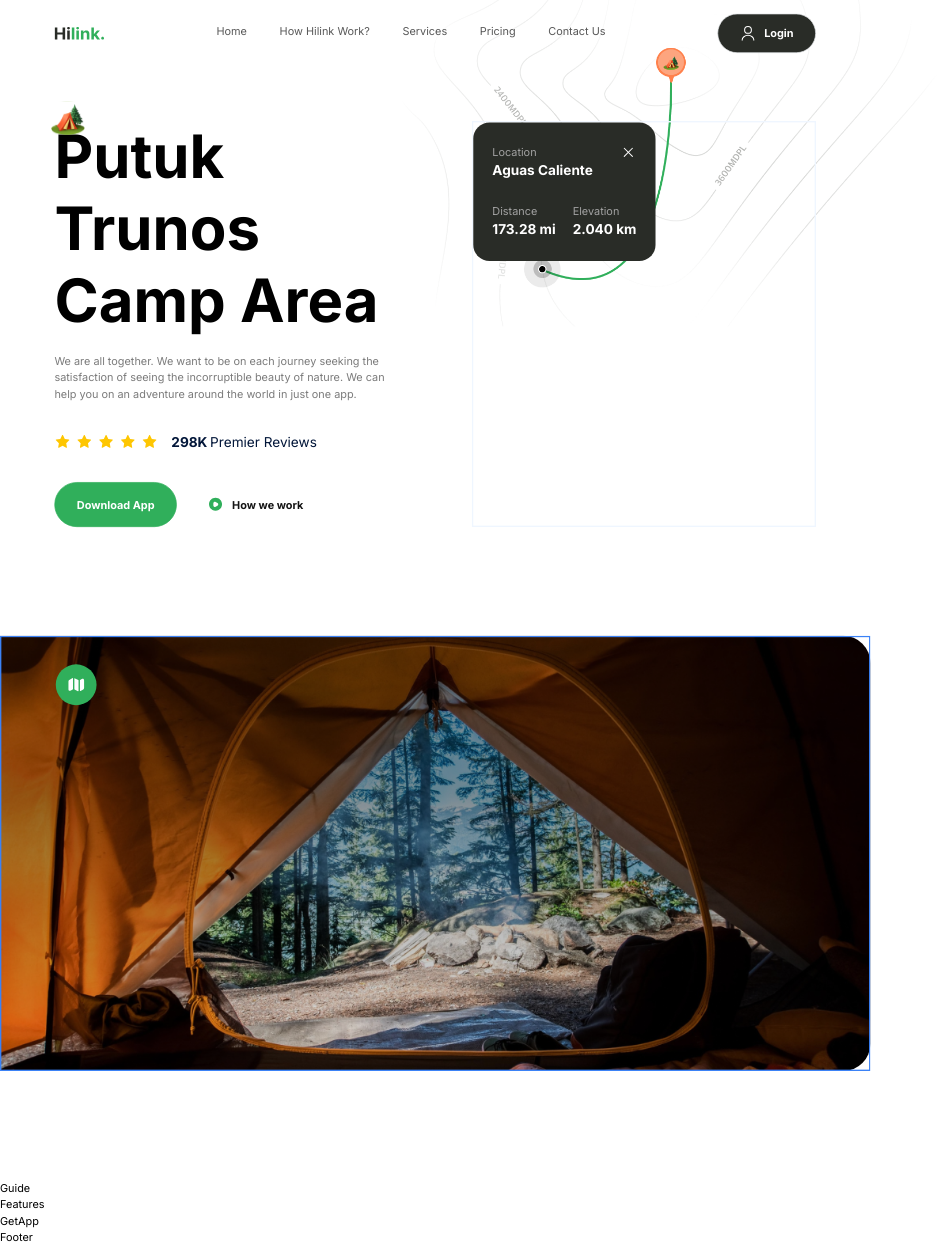
Repository: SouthpawC0der/Modern-reactsite
Page: /
These files come from the project's save history. The page is drawn as it stood at one moment and after the next save; the edit follows.
The browser window is 1280 px wide. The page is 1392 px wide, so the pictures cover 1392 px, including what lies to the right of the window. The pictures show the whole page, at 68% of full size.
The project was rebuilt for these pictures with package versions that can differ from the ones it lists, and the page was loaded fresh each time. The framework's server and built-in components were replaced by stand-ins that run in the browser. Also part of the build but not shown: next.config.ts.

Above is the page before, as saved 2025-02-06 11:36:49.

After the next save:
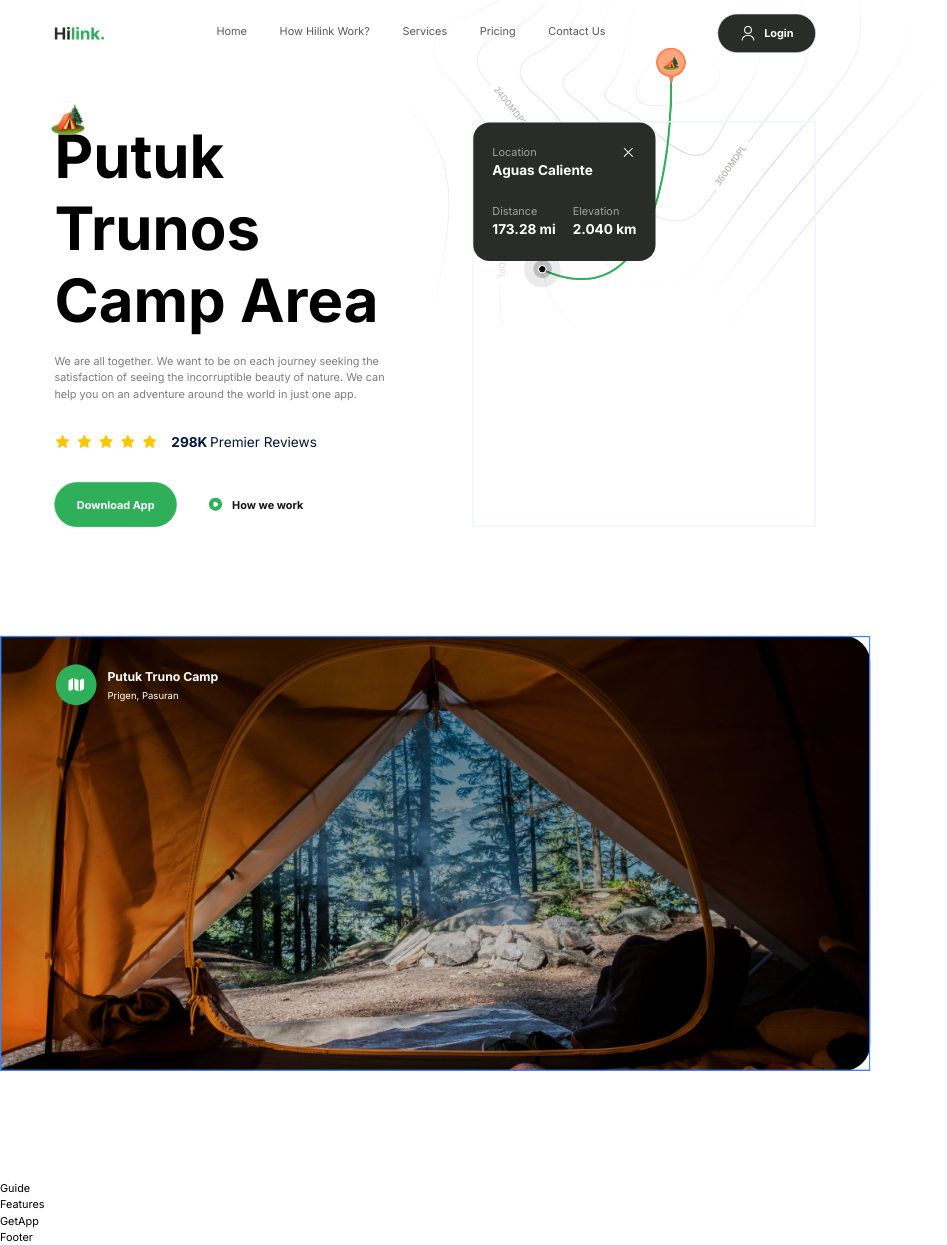
Saved 33 min 35 s later.
--- a/components/Camp.tsx
+++ b/components/Camp.tsx
@@ -25,6 +25,10 @@ const CampSite = ({backgroundImage, title, subtitle, peopleJoined}: CampProps) =
                 height={28}
               />
            </div>
+           <div className='flex flex-col gap-1'>
+              <h4 className='bold-18 text-white'>{title}</h4>
+              <p className='regular-14 text-white'>{subtitle}</p>
+           </div>
         </div>
       </div>
     </div>
